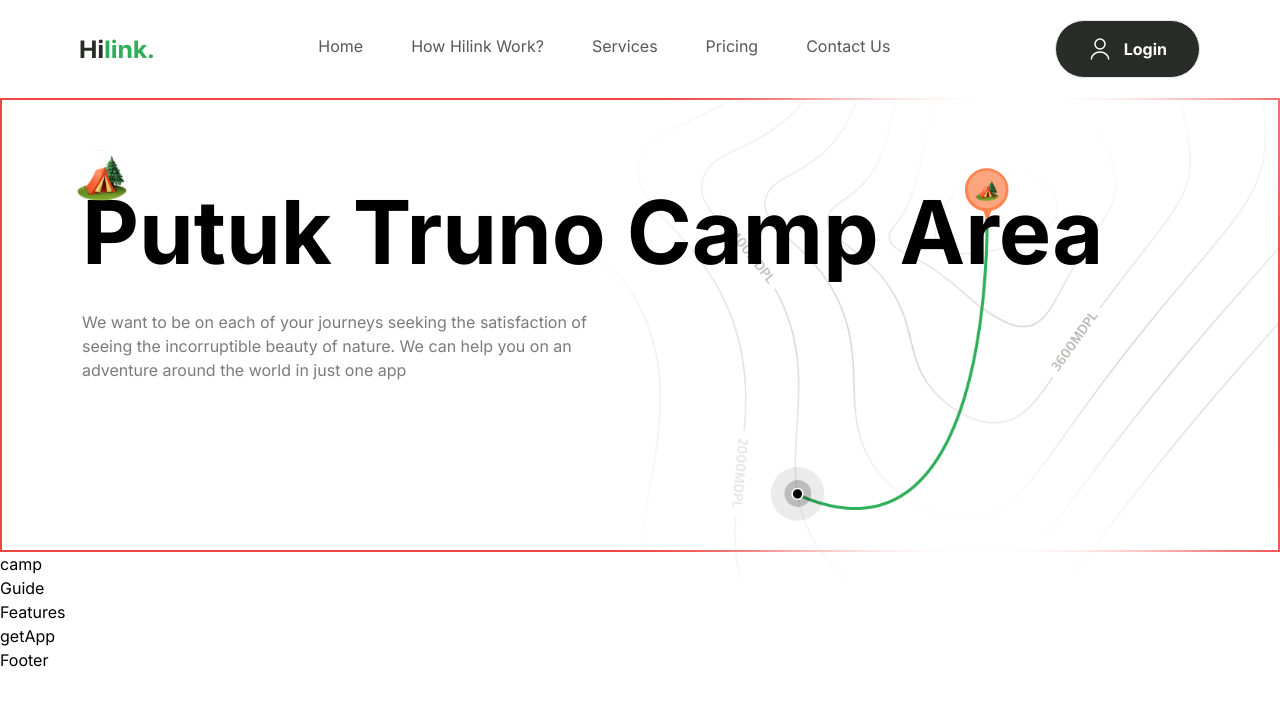
Repository: tarun4141/travel-app
Page: /
The author's editor kept a copy of each file at every save. The page is drawn from the files as they stood at one save, then again after a run of saves.
The browser window is 1280 px wide. The pictures show the whole page.
The project was rebuilt for these pictures with package versions that can differ from the ones it lists, and the page was loaded fresh each time. The framework's server and built-in components were replaced by stand-ins that run in the browser. Also part of the build but not shown: next.config.mjs.

Above is the page before, as saved 2024-06-23 02:54:09.

After the next 13 saves:
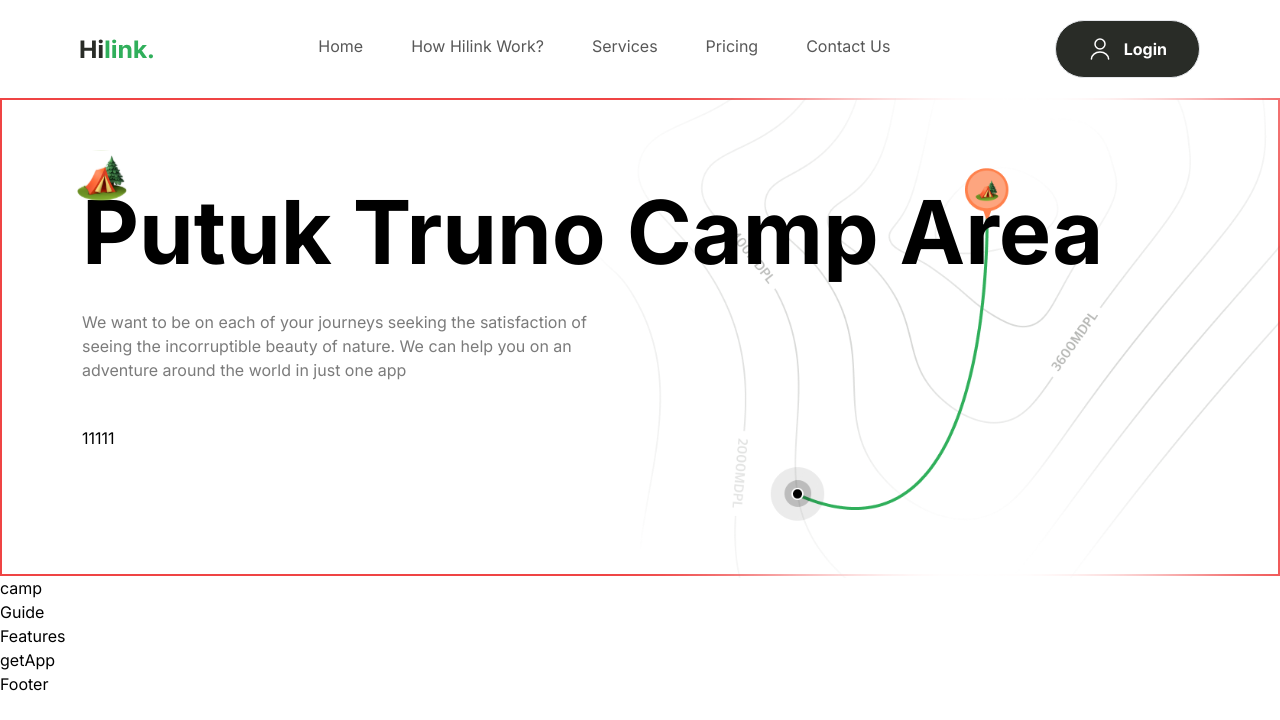
The 13 saves are shown as one change because they came seconds apart.
The last was saved 28 s later.
--- a/components/Hero.tsx
+++ b/components/Hero.tsx
@@ -23,6 +23,9 @@
         </p>
         <div className='my-11 flex fle-wrap gap-5'>
             <div className='flex items-center gap-2'>
+                {
+                    Array(5).fill(1)
+                }
 
 
 

After the 4 saves that followed:
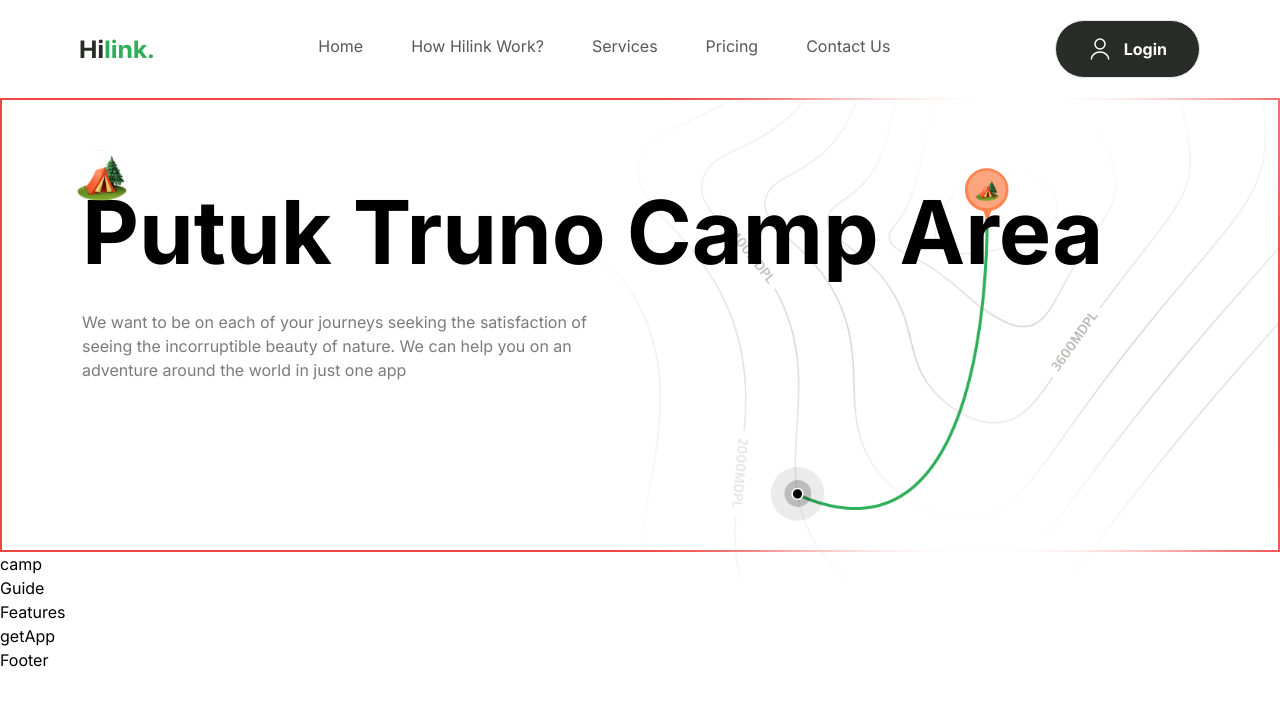
The 4 saves are shown as one change because they came seconds apart.
The last was saved 7 s later.
--- a/components/Hero.tsx
+++ b/components/Hero.tsx
@@ -24,7 +24,7 @@
         <div className='my-11 flex fle-wrap gap-5'>
             <div className='flex items-center gap-2'>
                 {
-                    Array(5).fill(1)
+                    Array(5).fill(1).map
                 }
 
 
